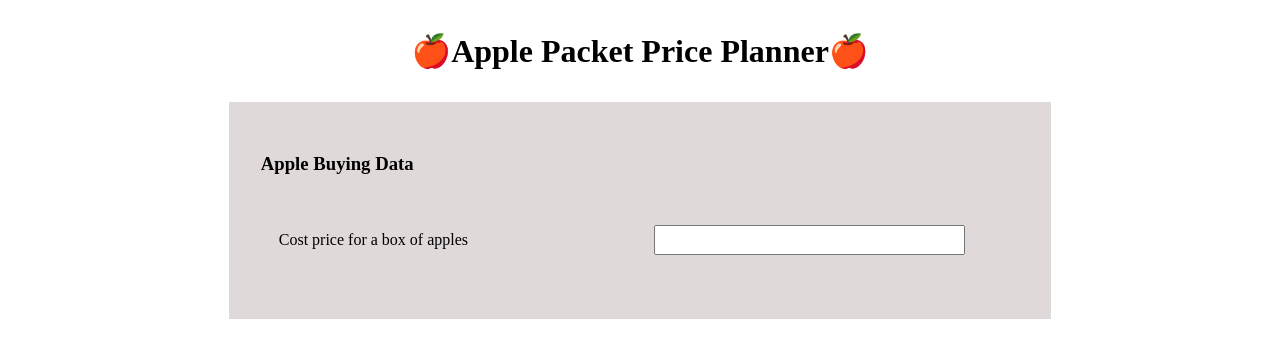
Repository: lasity34/apple-packet-price-planner
Page: index.html
The author's editor kept a copy of each file at every save. The page is drawn from the files as they stood at one save, then again after the next save.
The browser window is 1280 px wide. The pictures show the whole page.

Above is the page before, as saved 2023-05-29 09:37:13.

After the next save:
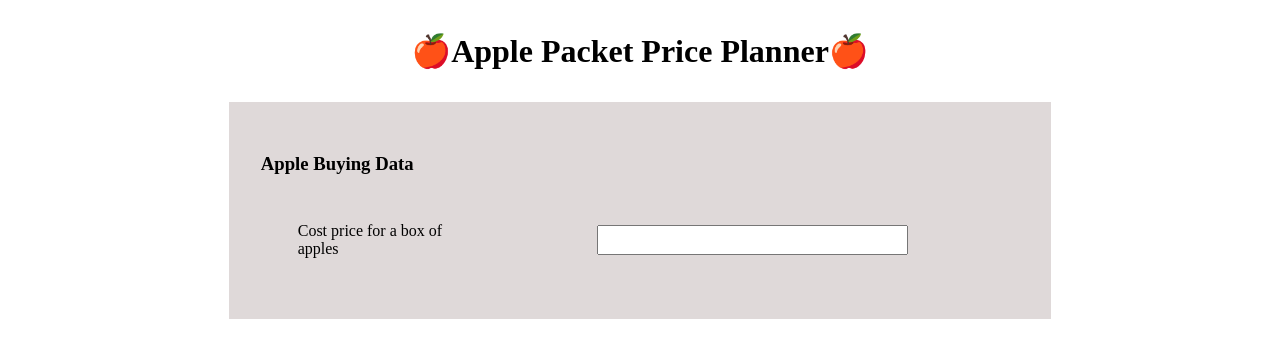
Saved 11 s later.
--- a/style.css
+++ b/style.css
@@ -26,6 +26,6 @@ main {
 }
 
 .input_container label {
-    width: 40%;
+    width: 20%;
    align-self: center;
 }
